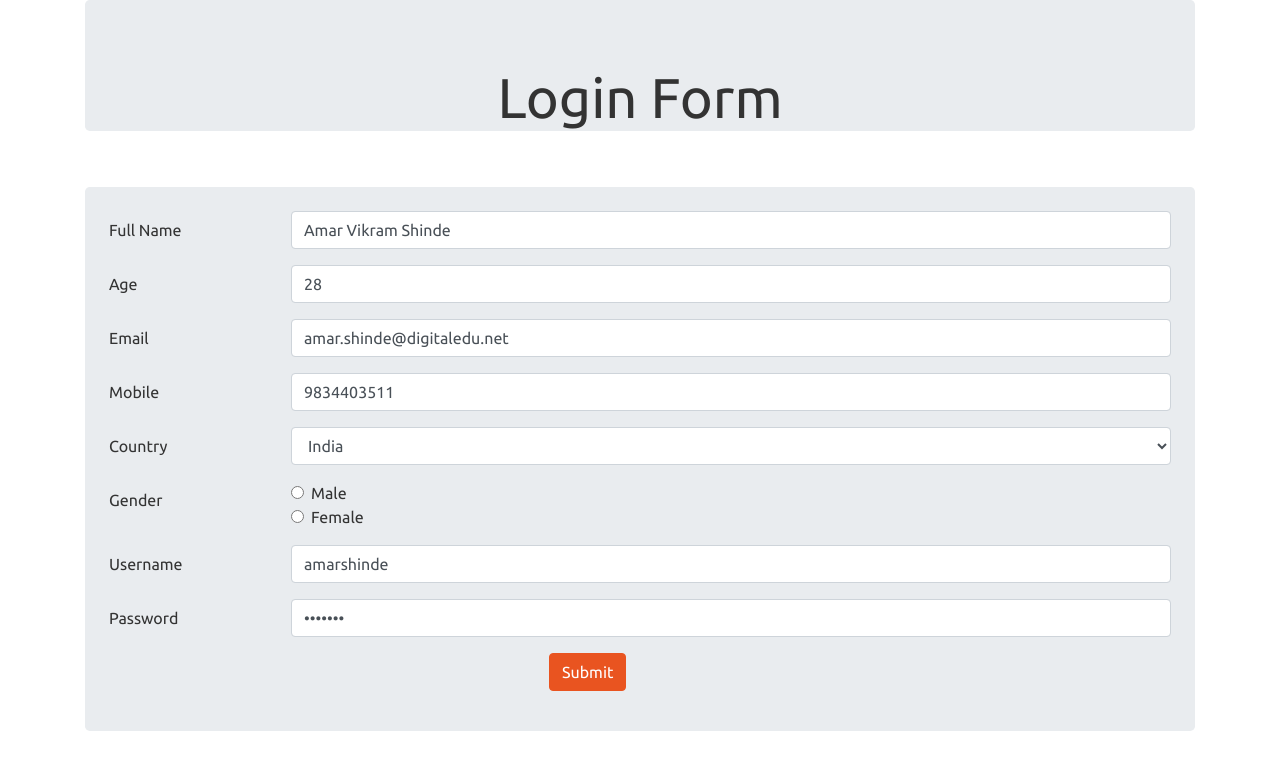
Repository: amar468S/Ng-templateDrivenForm
Page: /
An editor plug-in stored every save of this project. The page is shown before and after the next save, followed by the edit.
The browser window is 1280 px wide. The pictures show the whole page.
Some web libraries are served in a nearby version. The project was rebuilt for these pictures with package versions that can differ from the ones it lists, and the page was loaded fresh each time. Also part of the build but not shown: angular.json.

Above is the page before, as saved 2019-02-03 21:43:43.

### src/index.html
<!doctype html>
<html lang="en">
<head>
  <meta charset="utf-8">
  <title>NgTemplateForms</title>
  <base href="/">

  <meta name="viewport" content="width=device-width, initial-scale=1">
  <link rel="icon" type="image/x-icon" href="favicon.ico">
  <!-- CSS -->
  <link rel="stylesheet" href="https://stackpath.bootstrapcdn.com/bootstrap/4.2.1/css/bootstrap.min.css" integrity="sha384-GJzZqFGwb1QTTN6wy59ffF1BuGJpLSa9DkKMp0DgiMDm4iYMj70gZWKYbI706tWS" crossorigin="anonymous">
  <link rel="stylesheet" href="https://bootswatch.com/4/united/bootstrap.min.css">
  <!-- JS -->
  <script src="https://code.jquery.com/jquery-3.3.1.slim.min.js" integrity="sha384-q8i/X+965DzO0rT7abK41JStQIAqVgRVzpbzo5smXKp4YfRvH+8abtTE1Pi6jizo" crossorigin="anonymous"></script>
  <script src="https://cdnjs.cloudflare.com/ajax/libs/popper.js/1.14.6/umd/popper.min.js" integrity="sha384-wHAiFfRlMFy6i5SRaxvfOCifBUQy1xHdJ/yoi7FRNXMRBu5WHdZYu1hA6ZOblgut" crossorigin="anonymous"></script>
  <script src="https://stackpath.bootstrapcdn.com/bootstrap/4.2.1/js/bootstrap.min.js" integrity="sha384-B0UglyR+jN6CkvvICOB2joaf5I4l3gm9GU6Hc1og6Ls7i6U/mkkaduKaBhlAXv9k" crossorigin="anonymous"></script>

</head>
<body>
  <app-root></app-root>
</body>
</html>

### src/app/app.component.ts
import { Component } from '@angular/core';
import { UserForm } from './UserForm';

@Component({
  selector: 'app-root',
  templateUrl: './app.component.html',
  styleUrls: ['./app.component.css']
})
export class AppComponent {

    userForm:UserForm

    constructor(){
      this.userForm = new UserForm();
    }

    login(userForm) {
      console.log(userForm.form.value);
    }
}

### src/app/app.component.html
<div class="container">
    <div class="jumbotron pb-0">
      <p class="display-4 text-center mb-0">Login Form</p>
    </div>
    <br>
  <div class="jumbotron p-4">
  <form #usrForm="ngForm" (ngSubmit)="login(usrForm)">
      <div class="form-group row">
          <label class="col-sm-2 col-form-label">Full Name</label>
          <div class="col-sm-10">
            <input type="text" class="form-control" placeholder="Enter Full Name"
            name="fullname" [(ngModel)]="userForm.fullName" #fullName="ngModel" required>
            <small class="form-text text-danger" *ngIf="fullName.dirty && fullName.invalid">This field can't be empty</small>
          </div>
      </div>
      <div class="form-group row">
          <label class="col-sm-2 col-form-label">Age</label>
          <div class="col-sm-10">
            <input type="number" class="form-control" placeholder="Enter Age"
            name="age" [(ngModel)]="userForm.age" #age="ngModel" required>
            <small class="form-text text-danger" *ngIf="age.dirty && age.invalid">This field can't be empty</small>
          </div>
      </div>
       <div class="form-group row">
          <label class="col-sm-2 col-form-label">Email</label>
          <div class="col-sm-10">
            <input type="email" class="form-control" placeholder="Enter Email"
            name="email" [(ngModel)]="userForm.email" #email="ngModel" required>
            <small class="form-text text-danger" *ngIf="email.dirty && email.invalid">This field can't be empty</small>
          </div>
      </div>
      <div class="form-group row">
          <label class="col-sm-2 col-form-label">Mobile</label>
          <div class="col-sm-10">
            <input type="text" class="form-control" placeholder="Enter Mobile"
            name="mobile" [(ngModel)]="userForm.mobile" #mobile="ngModel" required minlength="10">
            <div *ngIf="mobile.dirty && mobile.invalid">
              <small class="form-text text-danger" *ngIf="mobile.errors.required">This field can't be empty</small>
              <small class="form-text text-danger" *ngIf="mobile.errors.minlength">This field must contain minimum 10 characters</small>
            </div>
          </div>
      </div>
      <div class="form-group row">
          <label class="col-sm-2 col-form-label">Country</label>
          <div class="col-sm-10">
            <select class="form-control" name="country" [(ngModel)]="userForm.country" #country="ngModel" required>
              <option value="">Select Country</option>
              <option value="India">India</option>
              <option value="Sri Lanka">Sri Lanka</option>
              <option value="Bangladesh">Bangladesh</option>
              <option value="Nepal">Nepal</option>
            </select>
            <small class="form-text text-danger" *ngIf="country.dirty && country.invalid">This field can't be empty</small>
          </div>
      </div>
      <div class="form-group row">
          <label class="col-sm-2 col-form-label">Gender</label>
          <div class="col-sm-10">
            <div class="form-check">
              <input class="form-check-input" type="radio" name="gender" value="Male">
              <label class="form-check-label">Male</label>
            </div>
            <div class="form-check">
                <input class="form-check-input" type="radio" name="gender" value="Female">
                <label class="form-check-label">Female</label>
            </div>
          </div>
      </div>
      <div class="form-group row">
          <label class="col-sm-2 col-form-label">Username</label>
          <div class="col-sm-10">
            <input type="text" class="form-control" placeholder="Enter Username"
            name="username" [(ngModel)]="userForm.username" #username="ngModel" required>
            <small class="form-text text-danger" *ngIf="username.dirty && username.invalid">This field can't be empty</small>
          </div>
      </div>
      <div class="form-group row">
          <label class="col-sm-2 col-form-label">Password</label>
          <div class="col-sm-10">
            <input type="password" class="form-control" placeholder="Enter Password"
            name="password" [(ngModel)]="userForm.password" #password="ngModel">
            <small class="form-text text-danger" *ngIf="password.dirty && password.invalid">This field can't be empty</small>
          </div>
      </div>
      <div class="form-group row">
          <label class="col-sm-5 col-form-label"></label>
          <div>
            <input type="submit" class="btn btn-primary" [disabled]="usrForm.form.invalid">
          </div>
      </div>
  </form>
  </div>

</div>

### src/app/UserForm.ts
export class UserForm {
    fullName:string;
    age:string;
    email:string;
    mobile:string;
    country:string;
    gender:string;
    username:string;
    password:string;


    constructor(){
        this.fullName = 'Amar Vikram Shinde';
        this.age = '28';
        this.country = 'India';
        this.email = 'amar.shinde@digitaledu.net';
        this.mobile = '9834403511';
        this.username = 'amarshinde';
        this.password = 'amar123';
        this.gender = 'Female';
    }
}

Loaded but not shown: src/styles.css (common file); src/main.ts (common file); src/app/app.module.ts (common file); src/environments/environment.ts (common file); src/app/app.component.css (no stored copy; drawn as an empty file)

After the next save:
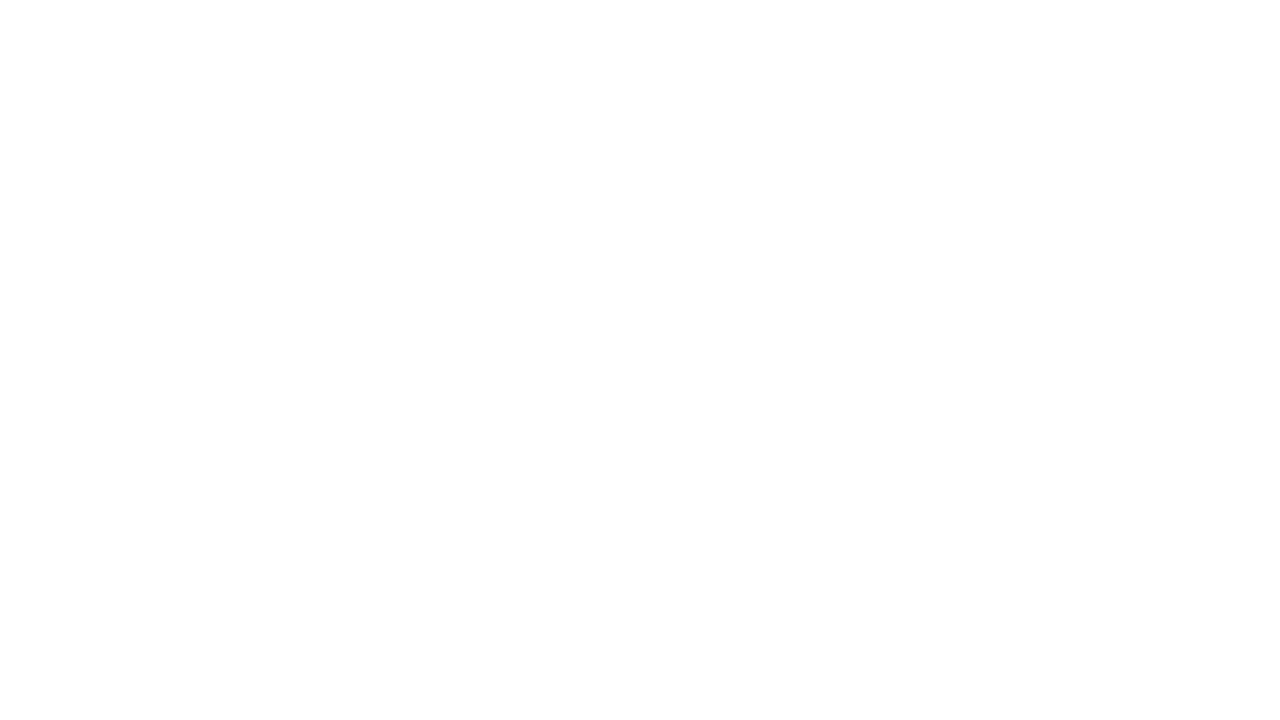
Saved 103 s later.
--- a/src/app/app.component.html
+++ b/src/app/app.component.html
@@ -57,11 +57,11 @@
           <label class="col-sm-2 col-form-label">Gender</label>
           <div class="col-sm-10">
             <div class="form-check">
-              <input class="form-check-input" type="radio" name="gender" value="Male">
+              <input class="form-check-input" type="radio" name="gender" value="Male" [checked]="{{(userForm.gender=='Male')?'checked':''}}">
               <label class="form-check-label">Male</label>
             </div>
             <div class="form-check">
-                <input class="form-check-input" type="radio" name="gender" value="Female">
+                <input class="form-check-input" type="radio" name="gender" value="Female" [checked]="{{(userForm.gender=='Male')?'checked':''}}">
                 <label class="form-check-label">Female</label>
             </div>
           </div>

After the 2 saves that followed:
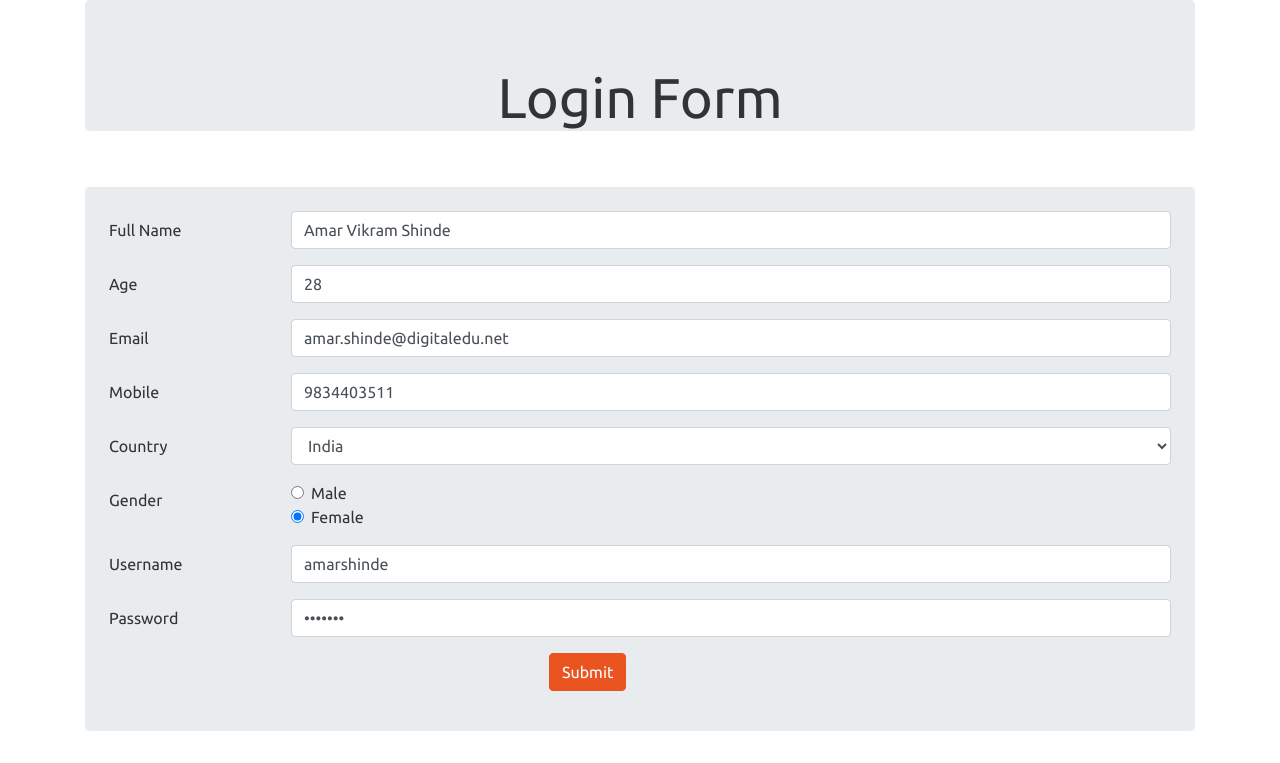
The 2 saves are shown as one change because 1 left the picture as it was.
The last was saved 30 s later.
--- a/src/app/app.component.html
+++ b/src/app/app.component.html
@@ -57,11 +57,11 @@
           <label class="col-sm-2 col-form-label">Gender</label>
           <div class="col-sm-10">
             <div class="form-check">
-              <input class="form-check-input" type="radio" name="gender" value="Male" [checked]="{{(userForm.gender=='Male')?'checked':''}}">
+              <input class="form-check-input" type="radio" name="gender" value="Male" [checked]="(userForm.gender=='Male')?'checked':''">
               <label class="form-check-label">Male</label>
             </div>
             <div class="form-check">
-                <input class="form-check-input" type="radio" name="gender" value="Female" [checked]="{{(userForm.gender=='Male')?'checked':''}}">
+                <input class="form-check-input" type="radio" name="gender" value="Female" [checked]="(userForm.gender=='Female')?'checked':''">
                 <label class="form-check-label">Female</label>
             </div>
           </div>
